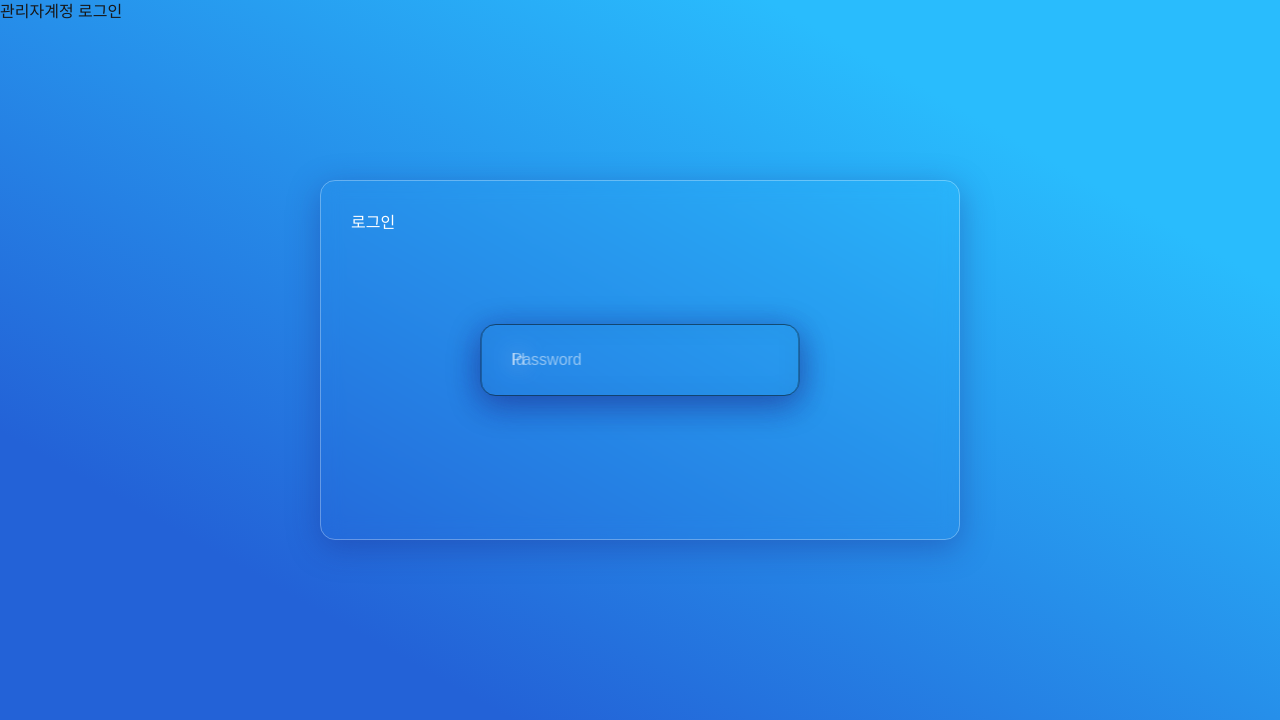
Repository: LEEYONGJUN3068/cms
Page: /login
An editor plug-in stored every save of this project. The page is shown before and after the next save, followed by the edit.
The browser window is 1280 px wide. The pictures show the whole page.
The page's requests for data from a server got no answer. The project was rebuilt for these pictures with package versions that can differ from the ones it lists, and the page was loaded fresh each time. The framework's server and built-in components were replaced by stand-ins that run in the browser. No one was signed in, and anything a server would have sent is missing. Also part of the build but not shown: next.config.mjs.

Above is the page before, as saved 2025-09-23 13:33:09.

After the next save:
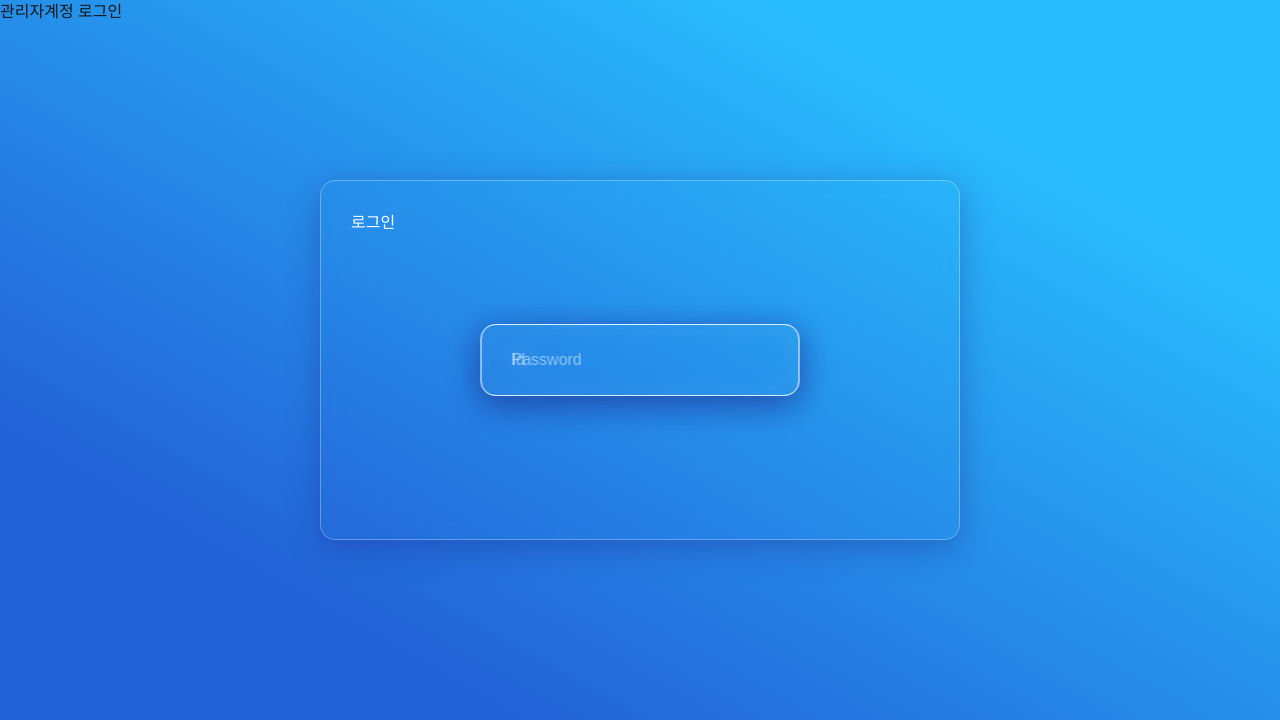
Saved 60 s later.
--- a/src/app/login/login.module.scss
+++ b/src/app/login/login.module.scss
@@ -27,7 +27,7 @@
             height: 10vh;
             backdrop-filter: blur(10px);
             -webkit-backdrop-filter: blur(10px); /* Safari 브라우저 지원 */
-            border: 1px solid rgba(0, 0, 0, 0.3);
+            border: 1px solid rgba(255, 255, 255, 0.6);
             box-shadow: 0 8px 32px 0 rgba(31, 38, 135, 0.37);
             border-radius: 15px;
             padding: 30px;
